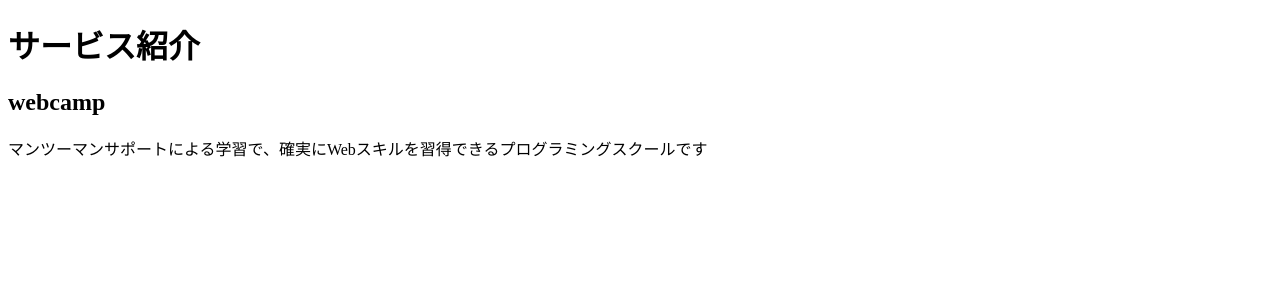
Repository: yuu2310/dmm-webcamp
Page: chapter2_exercise/sample.html
The author's editor kept a record of every edit. The page is drawn from the files as they stood at one moment, then again after the next edit.
The browser window is 1280 px wide. The pictures show the whole page.

Above is the page before.

### chapter2_exercise/sample.html
<!DOCTYPE HTML>
<html lang="ja">
  <head>
    <meta charset="UTF-8" />
    <title>初めてのHTML</title>
    <link rel="stylesheet" href="style.css"/>
  </head>

  <body>
   <h1>サービス紹介</h1>
   <h2>webcamp</h2>
   <p>マンツーマンサポートによる学習で、確実にWebスキルを習得できるプログラミングスクールです</p>
   <a herf=""></a>
  </body>
</html>

### chapter2_exercise/style.css
.service {
  color: orange;
}

After the next edit:
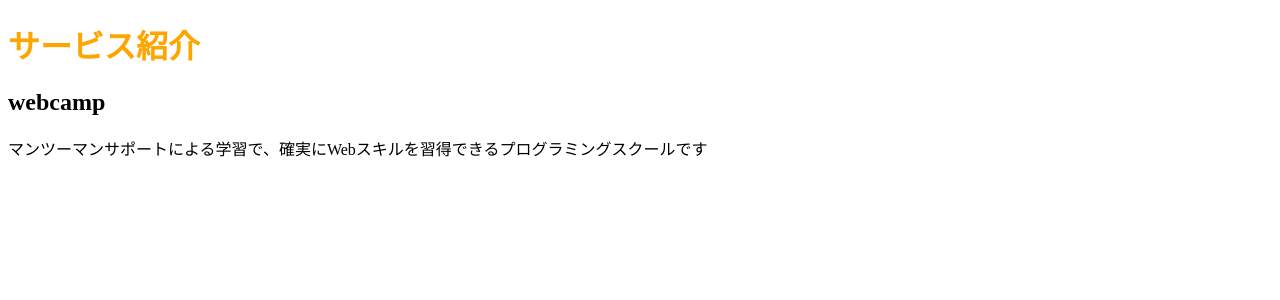
The edit:
--- a/chapter2_exercise/sample.html
+++ b/chapter2_exercise/sample.html
@@ -7,7 +7,7 @@
   </head>
 
   <body>
-   <h1>サービス紹介</h1>
+   <h1 class="service">サービス紹介</h1>
    <h2>webcamp</h2>
    <p>マンツーマンサポートによる学習で、確実にWebスキルを習得できるプログラミングスクールです</p>
    <a herf=""></a>
